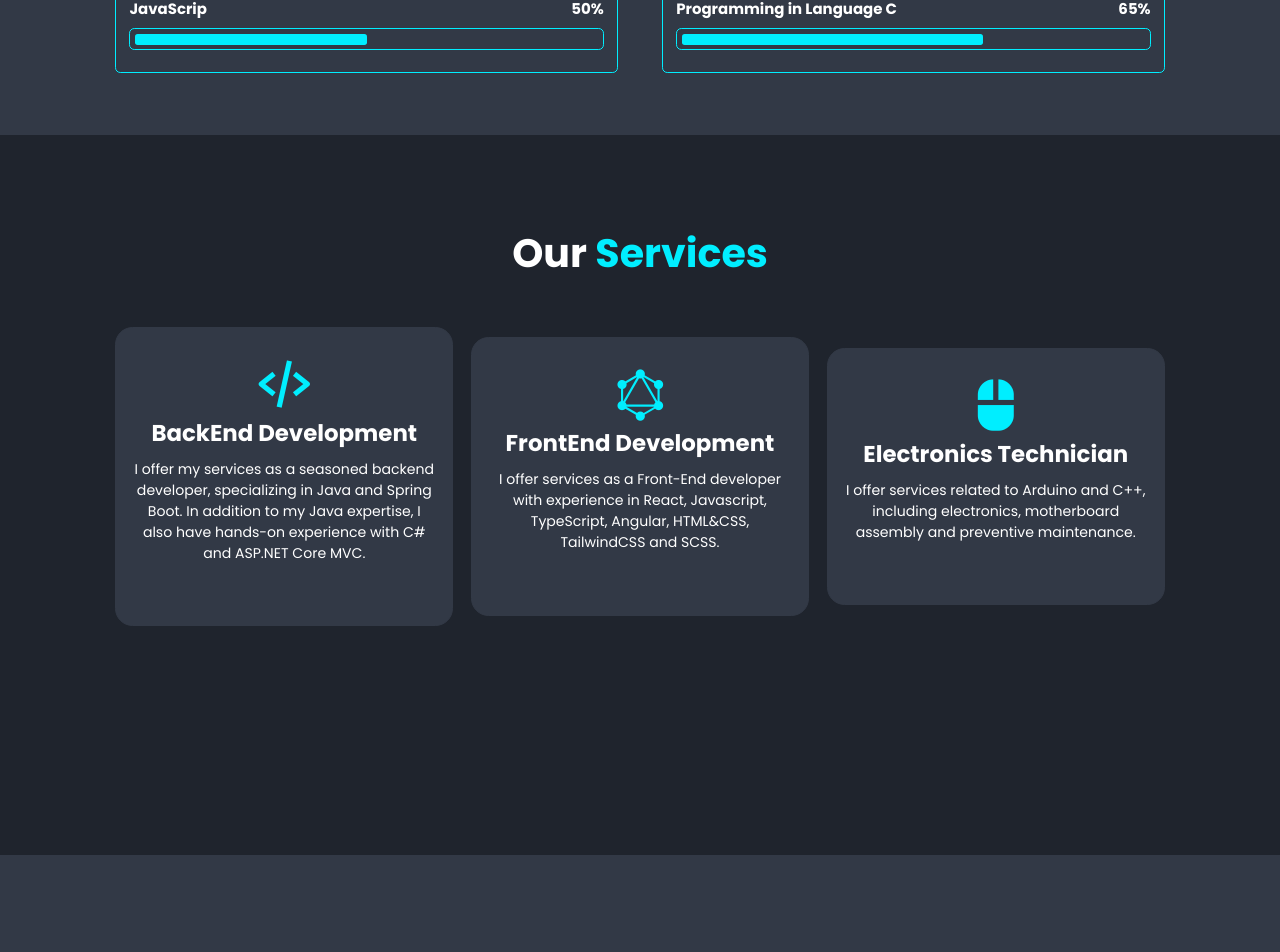
Repository: ThallysCezar/ThallysCezar.github.io
Page: index.html
These files come from the project's save history. The page is drawn as it stood at one moment and after the next save; the edit follows.
The browser window is 1280 px wide. The pictures show the part of the page from y = 3142 to 4094 px (the page is 5513 px tall).
A picture or video elsewhere on the page could not be fetched, so the positions and the page height are approximate.

Above is the page before, as saved 2023-10-19 09:34:23.

### index.html
<!DOCTYPE html>
<html lang="pt-BR">
  <head>
    <meta charset="UTF-8" />
    <meta http-equiv="X-UA-Compatible" content="IE=edge" />
    <meta name="viewport" content="width=device-width, initial-scale=1.0" />
    <link rel="icon" href="/img/icone.png" />
    <title>Responsive Personal Portfolio Website Desgin</title>

    <!-- box icons -->
    <link
      href="https://unpkg.com/boxicons@2.1.4/css/boxicons.min.css"
      rel="stylesheet"
    />

    <!-- custom css -->
    <link rel="stylesheet" href="Css/style.css" />
  </head>
  <body>
    <!-- header desginer -->
    <header class="header">
      <a href="#" class="logo">Portfolio</a>

      <i class="bx bx-menu" id="menu-icon"></i>

      <nav class="navbar">
        <a href="#home" class="active">Home</a>
        <a href="#about">About</a>
        <a href="#education">Education</a>
        <a href="#skills">Skills</a>
        <a href="#services">Services</a>
        <a href="#portfolio">Portfolio</a>
        <a href="#contact">Contact</a>
      </nav>
    </header>

    <!-- Home sectio desing -->
    <section class="home" id="home">
      <div class="home-content">
        <h3>Hello, It's Me</h3>
        <h1>Thallys Cezar</h1>
        <h3>And I'm a <span class="multiple-text"></span></h3>
        <p>
          I am a person who is passionate about programming and technology. I
          have experience in back-end programming, working with Java and Spring
          Boot. Currently I'm focusing on learning and developing projects using
          C#, .NET and ASP.NET Core MVC. I also have front-end programming
          skills using HTML5, CSS3 and JavaScript, along with frameworks such as
          Bootstrap, Bulma and React. I also have C++ skills for projects
          involving programming an ESP32.
        </p>
        <div class="social-media">
          <a href="https://github.com/thallyscezar" target="_blank"
            ><i class="bx bxl-github"></i
          ></a>
          <a href="https://www.linkedin.com/in/thallyscezar/" target="_blank"
            ><i class="bx bxl-linkedin"></i
          ></a>
          <a href="https://www.facebook.com/thallys.cezar/" target="_blank"
            ><i class="bx bxl-meta"></i
          ></a>
          <a href="https://www.instagram.com/thallyscezar/" target="_blank"
            ><i class="bx bxl-instagram"></i
          ></a>
        </div>
        <a href="#" class="btn" id="btn-download">Download CV</a>
      </div>
      <div class="home-img">
        <img src="img/home.png" alt="" />
      </div>
    </section>

    <!-- About section desing -->
    <section class="about" id="about">
      <div class="about-img">
        <img src="img/about.png" alt="about me" />
      </div>

      <div class="about-content">
        <h2 class="heading">About <span>Me</span></h2>
        <h3>Backend Developer</h3>
        <p>
          I'm deeply committed to enhancing my proficiency in Java, with a
          special focus on Spring Boot. Currently, I'm diligently honing my
          skills by delving into areas such as unit testing, mastering the
          intricacies of JWT, and exploring the capabilities of JasperReports,
          among other technologies commonly employed within the Java Spring Boot
          ecosystem.
        </p>
        <p>
          I have a genuine passion for delving deeper into the realm of back-end
          development, as it's the domain where I've discovered my true calling.
          You see, I've come to recognize that my strengths lie more in the
          logical and systematic aspects of coding, rather than the creative
          side (although I do enjoy some pixel art and games in that style).
          Additionally, I have expanded my horizons to encompass C#, .NET, and
          ASP.NET Core MVC, actively seeking fresh challenges in the
          ever-evolving landscape of programming.
        </p>
        <p>
          On a personal note, I am an avid enthusiast of anime and manga, and I
          find immense joy in immersing myself in these diverse and captivating
          realms.
        </p>
      </div>
    </section>

    <!-- Education section design -->
    <section class="education" id="education">
      <h2 class="heading">My <span>Journey</span></h2>

      <div class="education-row">
        <div class="education-column">
          <h3 class="title">Education</h3>

          <div class="education-box">
            <div class="education-content">
              <div class="content">
                <div class="year">
                  <i class="bx bxs-calendar"> 2022 - 2024</i>
                </div>
                <h3>Análise e Desenvolvimento de Sistemas - UNINASSAU</h3>
                <p>
                  The Systems Analysis and Development course at Uninassau is a
                  higher education course that enables students to analyse,
                  design, document, test and implement computer systems.
                </p>
              </div>
            </div>

            <div class="education-content">
              <div class="content">
                <div class="year">
                  <i class="bx bxs-calendar"> 2020 - 2022</i>
                </div>
                <h3>Electronics Technician - IFPE</h3>
                <p>
                  The Electronics Engineering course at IFPE provides training
                  in the repair and maintenance of electronic equipment and the
                  design of electronic circuit devices.
                </p>
              </div>
            </div>

            <div class="education-content">
              <div class="content">
                <div class="year">
                  <i class="bx bxs-calendar"> 2009 - 2016</i>
                </div>
                <h3>Ensino - Colégio Militar do Recife</h3>
                <p>
                  I studied at the Colégio Militar do Recife from primary school
                  to high school. It was an amazing and enriching educational
                  journey.
                </p>
              </div>
            </div>
          </div>
        </div>

        <div class="education-column">
          <h3 class="title">Experience</h3>
          <div class="education-box">
            <div class="education-content">
              <div class="content">
                <div class="year">
                  <i class="bx bxs-calendar"> 04/2020 - 08/2020</i>
                </div>
                <h3>IMPACTA TELECOM - RECIFE</h3>
                <p>
                  A remarkable experience I had was working at Intelbras, where
                  I carried out the preventive and corrective correction of
                  equipment such as nobreaks, telephone exchanges, Wi-Fi
                  routers, among others. Also assisted in maintenance and
                  provided technical support on electronic equipment. It was an
                  enriching opportunity to develop my technical skills.
                </p>
              </div>
            </div>

            <div class="education-content">
              <div class="content">
                <div class="year">
                  <i class="bx bxs-calendar"> 09/2020 - 02/2021</i>
                </div>
                <h3>Scholarship for programming in C++ arduino</h3>
                <p>
                  An enriching experience I had was participating in an
                  extension scholarship through IFPE and working in an external
                  company for 3 months. During this time, I had the opportunity
                  to assemble printed circuit boards (PCBs), program Arduino and
                  ESP32 using the C++ language, as well as correct and maintain
                  PCBs (layout and schematic). It was rewarding to develop my
                  programming skills, especially with Arduino and ESP32.
                </p>
              </div>
            </div>

            <div class="education-content">
              <div class="content">
                <div class="year">
                  <i class="bx bxs-calendar"> 10/2022 - Currently</i>
                </div>
                <h3>Studying and Developing Java with Spring Boot</h3>
                <p>
                  I starting with a focus on VTEX, particularly VTEX IO. I
                  worked on integrating e-commerce platforms using React for
                  dynamic user interfaces. Subsequently, I gained proficiency in
                  C# and ASP.NET, specifically in managing SQL Server databases.
                  Recently, I've shifted my focus, totally diving into Spring
                  Boot with Java. In this realm, I've been actively engaged in
                  writing REST APIs and implementing vital testing procedures.
                  My toolkit includes tools like Forks and DBeaver for
                  PostgreSQL database management. I've also ventured into report
                  generation using JasperReports and dabbled in utilizing Azure
                  services for application hosting and scalability. This journey
                  has been a continuous source of valuable learning and has
                  significantly enhanced my development skills.
                </p>
              </div>
            </div>
          </div>
        </div>
      </div>
    </section>

    <!-- Skills section desing -->
    <section class="skills" id="skills">
      <h2 class="heading">My <span>Skills</span></h2>

      <div class="skills-row">
        <div class="skills-column">
          <h3 class="title">Coding SKills</h3>

          <div class="skills-box">
            <div class="skills-content">
              <div class="progress">
                <h3>Java + SpringBoot<span>90%</span></h3>
                <div class="bar"><span></span></div>
              </div>

              <div class="progress">
                <h3>HTML & CSS<span>80%</span></h3>
                <div class="bar"><span></span></div>
              </div>

              <div class="progress">
                <h3>C# <span>70%</span></h3>
                <div class="bar"><span></span></div>
              </div>

              <div class="progress">
                <h3>React <span>60%</span></h3>
                <div class="bar"><span></span></div>
              </div>

              <div class="progress">
                <h3>JavaScrip <span>50%</span></h3>
                <div class="bar"><span></span></div>
              </div>
            </div>
          </div>
        </div>

        <div class="skills-column">
          <h3 class="title">Professional Skills</h3>

          <div class="skills-box">
            <div class="skills-content">
              <div class="progress">
                <h3>Backend Development <span>90%</span></h3>
                <div class="bar"><span></span></div>
              </div>

              <div class="progress">
                <h3>Frontend Development <span>70%</span></h3>
                <div class="bar"><span></span></div>
              </div>

              <div class="progress">
                <h3>Programming arduino in C++ <span>70%</span></h3>
                <div class="bar"><span></span></div>
              </div>

              <div class="progress">
                <h3>VTEX IO Development <span>50%</span></h3>
                <div class="bar"><span></span></div>
              </div>

              <div class="progress">
                <h3>Programming in Language C <span>65%</span></h3>
                <div class="bar"><span></span></div>
              </div>
            </div>
          </div>
        </div>
      </div>
    </section>

    <!-- Services section design -->
    <section class="services" id="services">
      <h2 class="heading">Our <span>Services</span></h2>

      <div class="services-container">
        <div class="services-box">
          <i class="bx bx-code-alt"></i>
          <h3>BackEnd Development</h3>
          <p>
            I offer my services as a seasoned backend developer, specializing in
            Java and Spring Boot. In addition to my Java expertise, I also have
            hands-on experience with C# and ASP.NET Core MVC.
          </p>
        </div>

        <div class="services-box">
          <i class="bx bxl-graphql"></i>
          <h3>FrontEnd Development</h3>
          <p>
            I offer services as a Front-End developer with experience in React,
            Javascript, TypeScript, Angular, HTML&CSS, TailwindCSS and SCSS.
          </p>
        </div>

        <div class="services-box">
          <i class="bx bxs-mouse-alt"></i>
          <h3>Electronics Technician</h3>
          <p>
            I offer services related to Arduino and C++, including electronics,
            motherboard assembly and preventive maintenance.
          </p>
        </div>
      </div>
    </section>

    <!-- Portfolio section design -->
    <section class="portfolio" id="portfolio">
      <h2 class="heading">Latest <span>Project</span></h2>

      <div class="portfolio-container">
        <div class="portfolio-box">
          <img src="img/project5.jpg" alt="project 1" />
          <div class="portfolio-layer">
            <h4>Car Rental Application</h4>
            <p>
              CRUD developed using ASP.NET Core MVC, RazorPages, MySQL, and
              Entity Framework Core technologies.
            </p>
            <a
              href="https://github.com/ThallysCezar/System-manager-ASP.NETCore"
              target="_blank"
              ><i class="bx bx-link-external"></i
            ></a>
          </div>
        </div>

        <div class="portfolio-box">
          <img src="img/project2.jpg" alt="project 2" />
          <div class="portfolio-layer">
            <h4>GameChess</h4>
            <p>C# program that allows you to play chess in console mode.</p>
            <a href="https://github.com/ThallysCezar/GameChess" target="_blank"
              ><i class="bx bx-link-external"></i
            ></a>
          </div>
        </div>

        <div class="portfolio-box">
          <img src="img/project3.jpg" alt="project 3" />
          <div class="portfolio-layer">
            <h4>Project Nina</h4>
            <p>
              CRUD application with a login screen, authentication and
              consumption of a fake API in Angular.
            </p>
            <a href="https://github.com/ThallysCezar/App_Nina" target="_blank"
              ><i class="bx bx-link-external"></i
            ></a>
          </div>
        </div>

        <div class="portfolio-box">
          <img src="img/project4.jpg" alt="project 4" />
          <div class="portfolio-layer">
            <h4>DS Meta</h4>
            <p>
              Site Built using technologies: HTML, CSS, TypeScript, React, Java
              and Spring Boot, hosted on Heroku and Netlify.
            </p>
            <a
              href="https://github.com/ThallysCezar/project-devsuperior-spring-react"
              target="_blank"
              ><i class="bx bx-link-external"></i
            ></a>
          </div>
        </div>

        <div class="portfolio-box">
          <img src="img/project5.jpg" alt="project 5" />
          <div class="portfolio-layer">
            <h4>ReciclaRec</h4>
            <p>
              This project was made with React, Bootstrap and React-Icons.
              Hosted on Netlify.
            </p>
            <a
              href="https://github.com/ThallysCezar/FaculdadeReciclaRec"
              target="_blank"
              ><i class="bx bx-link-external"></i
            ></a>
          </div>
        </div>

        <div class="portfolio-box">
          <img src="img/project6.jpg" alt="project 6" />
          <div class="portfolio-layer">
            <h4>Game MataMosquito</h4>
            <p>
              Project in JavaScript, HTML and CSS, using resources from an
              online course.
            </p>
            <a
              href="https://github.com/ThallysCezar/Game_MataMosquito"
              target="_blank"
              ><i class="bx bx-link-external"></i
            ></a>
          </div>
        </div>
      </div>
    </section>

    <!-- Contact section design -->
    <section class="contact" id="contact">
      <h2 class="heading">Contact <span>Me!</span></h2>
      <form action="mailto:thallyspequeno@outlook.com" method="post">
        <div class="input-box">
          <input type="text" id="name" placeholder="Full Name" required />
          <input type="email" id="email" placeholder="Email Address" required />
        </div>
        <div class="input-box">
          <input
            type="number"
            id="phone"
            placeholder="Mobile Number"
            required
          />
          <input type="text" placeholder="Your text" />
        </div>
        <textarea
          name=""
          id="message"
          cols="30"
          rows="10"
          placeholder="Your Message"
        ></textarea>
        <input type="submit" value="Send Message" class="btn" />
      </form>
    </section>

    <!-- Footer design -->
    <footer class="footer">
      <div class="footer-text">
        <p>Copyright &copy; 2023 by Thallys Cézar | All Rights Reserverd.</p>
      </div>

      <div class="footer-iconTop">
        <a href="#home"><i class="bx bxs-arrow-to-top"></i></a>
      </div>
    </footer>

    <!-- scroll reveal -->
    <script src="https://unpkg.com/scrollreveal"></script>

    <!-- typed js -->
    <script src="https://unpkg.com/typed.js@2.0.16/dist/typed.umd.js"></script>

    <!-- Custom JS -->
    <script src="js/script.js"></script>
  </body>
</html>

Loaded but not shown: js/script.js (112 lines, source omitted); Css/style.css (835 lines, source omitted)

After the next save:
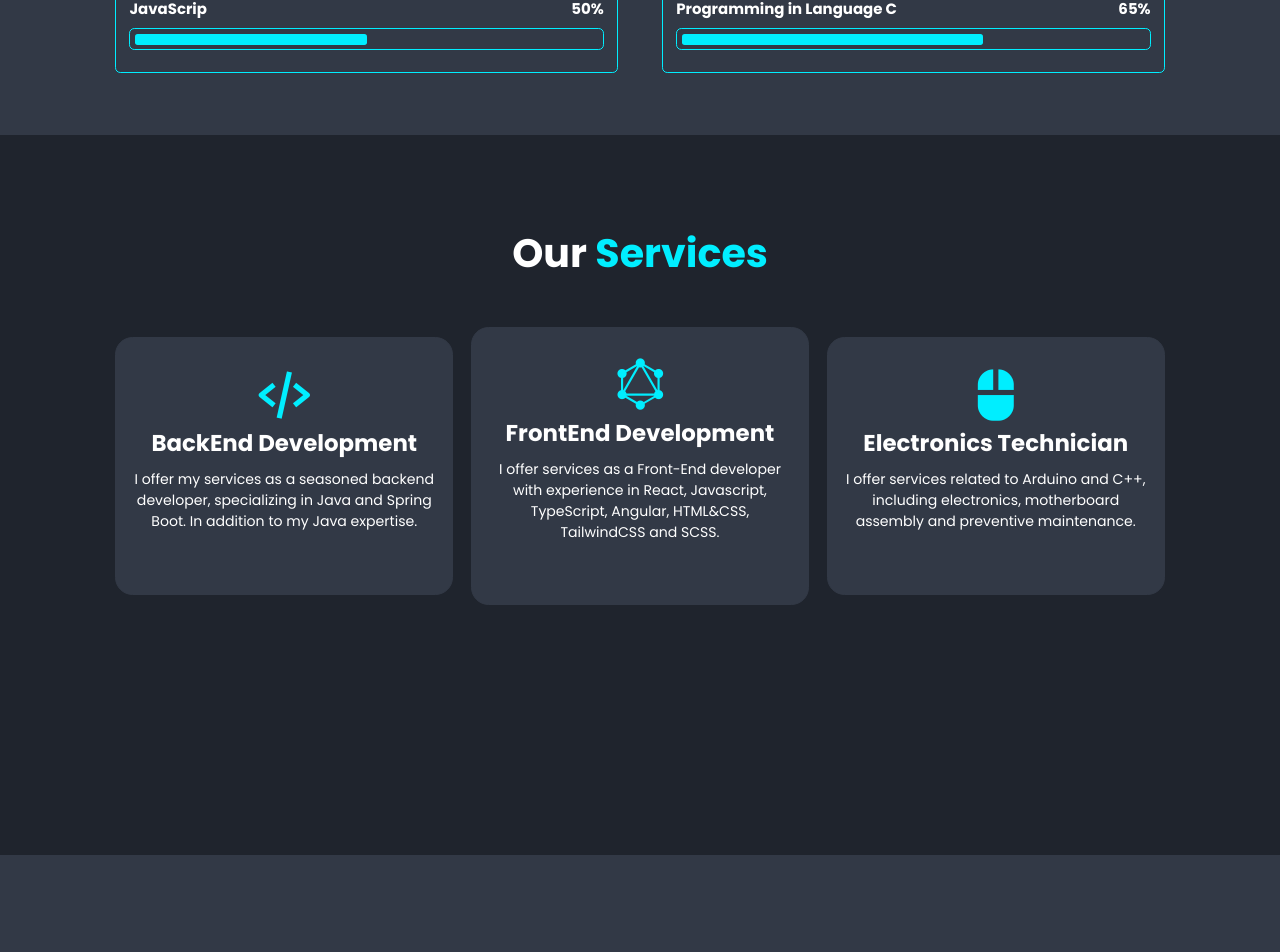
Saved 9 s later.
--- a/index.html
+++ b/index.html
@@ -307,8 +307,7 @@
           <h3>BackEnd Development</h3>
           <p>
             I offer my services as a seasoned backend developer, specializing in
-            Java and Spring Boot. In addition to my Java expertise, I also have
-            hands-on experience with C# and ASP.NET Core MVC.
+            Java and Spring Boot. In addition to my Java expertise.
           </p>
         </div>
 
